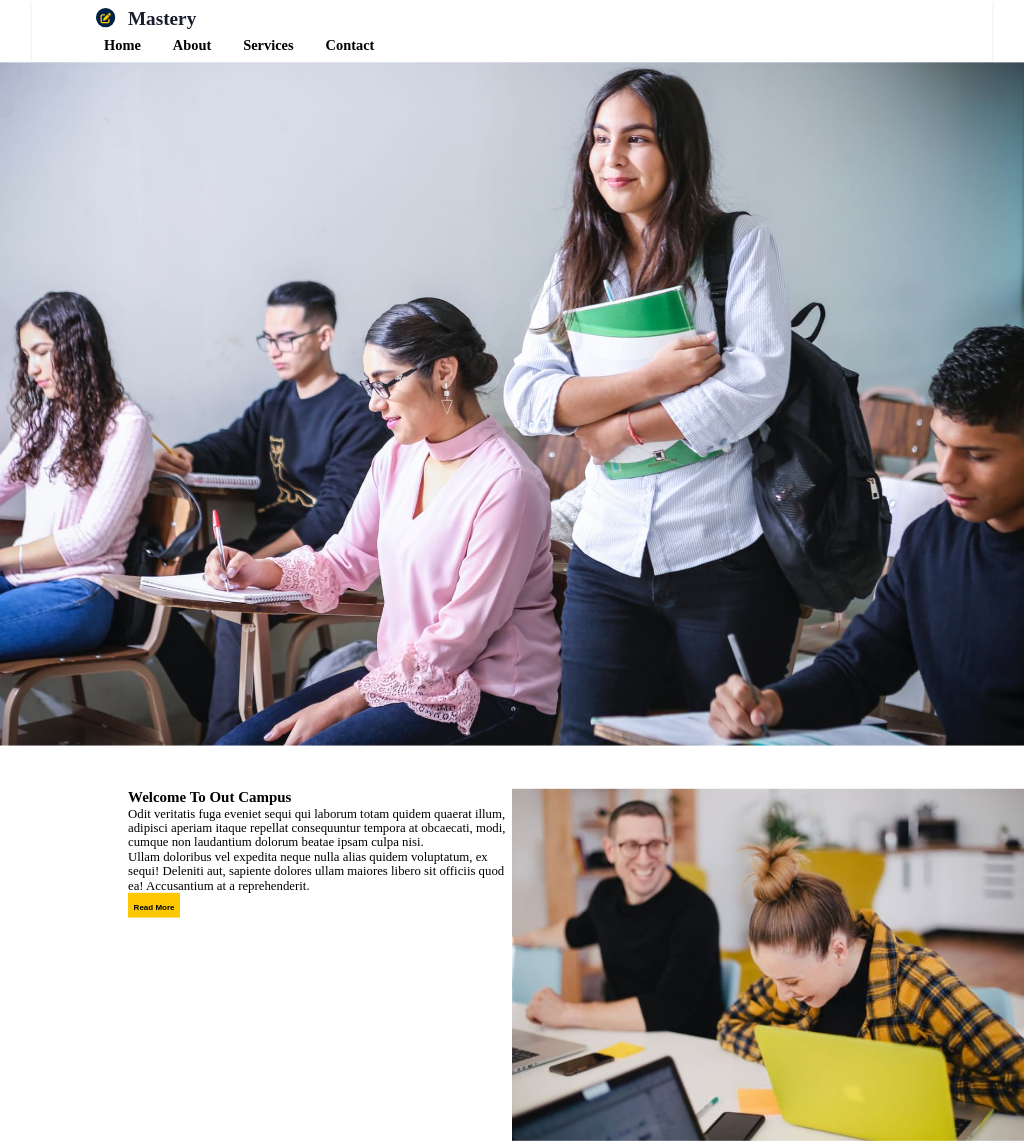
Repository: trminhphuc1504/Mastery
Page: index.html
An editor plug-in stored every save of this project. The page is shown before and after the next save, followed by the edit.
The browser window is 1280 px wide. The pictures show the whole page, at 80% of full size.
Some web libraries are served in a nearby version.

Above is the page before, as saved 2024-08-22 16:32:58.

### index.html
<!DOCTYPE html>
<html lang="en">
  <head>
    <meta charset="UTF-8" />
    <meta http-equiv="X-UA-Compatible" content="IE=edge" />
    <meta name="viewport" content="width=device-width, initial-scale=1.0" />

    <!-- Font Awesome -->
    <link
      rel="stylesheet"
      href="https://cdnjs.cloudflare.com/ajax/libs/font-awesome/6.6.0/css/all.min.css"
    />

    <link rel="stylesheet" href="./css/style.css" />
    <title>Mastery</title>
  </head>
  <body>
    <!-- Header -->
    <section id="header">
      <div class="container">
        <header>
          <div class="header-logo">
            <a href="#" class="logo">
              <i class="fa-solid fa-pen-to-square"> </i>
              <span class="header-title">Mastery</span>
            </a>
          </div>

          <nav class="header-nav">
            <ul>
              <li>
                <a href="#">Home</a>
              </li>
              <li>
                <a href="#">About</a>
              </li>
              <li>
                <a href="#">Services</a>
              </li>
              <li>
                <a href="#">Contact</a>
              </li>
            </ul>
          </nav>
        </header>
      </div>
    </section>

    <!-- poster -->
    <section id="poster">
      <div class="poster-img">
        <img src="./images/2.jpg" alt="poster" />
      </div>
    </section>

    <!-- banner -->

    <section id="banner">
      <div class="banner-content">
        <div class="banner-container">
          <div class="banner-item">
            <div id="left">
              <h3 class="banner-title">Welcome To Out Campus</h3>
              <p class="banner-desc">
                Odit veritatis fuga eveniet sequi qui laborum totam quidem
                quaerat illum, adipisci aperiam itaque repellat consequuntur
                tempora at obcaecati, modi, cumque non laudantium dolorum beatae
                ipsam culpa nisi.<br />
                Ullam doloribus vel expedita neque nulla alias quidem
                voluptatum, ex sequi! Deleniti aut, sapiente dolores ullam
                maiores libero sit officiis quod ea! Accusantium at a
                reprehenderit.
              </p>
              <div class="banner-button">
                <button class="banner-btn"><b> Read More </b></button>
              </div>
            </div>
          </div>
        </div>
        <!-- <div class="banner-button">
          <button class="banner-btn"><b> Read More </b></button>
        </div> -->
        <div id="right">
          <img src="./images/g1.jpg" alt="banner" />
        </div>
      </div>
    </section>
  </body>
</html>

### css/style.css
* {
    margin: 0;
    padding: 0;
    box-sizing: border-box;
}

a{
    text-decoration: none;
}

.container{
    max-width: 1200px;
    margin: auto;
}



/* header .header-logo{
    background-color:pink;
    padding: 20px ;
} */

/* Header */

header{
    background-color:white;
    padding: 10px 0;
    box-shadow: 0 2px 4px rgba(0, 0, 0, 0.1);
}

.header-logo{
    display: flex;
    align-items:center;
    margin-left: 80px;
    margin-bottom: 10px;
}

.logo{
    font-size:24px;
    text-decoration: none;
    text-align: center;

}

.logo i{
    width: 24px;
    height: 24px;
    margin-right: 10px;
    line-height: 24px;
    border-radius:50%;
    background-color:#002146;
    font-size: 13px;
    vertical-align: top;
    color:#FDC800;
    display: inline-block;
}


.header-nav ul{
    list-style: none;
    display: flex;
    gap: 40px;
    display: flex;
    align-items: center;
    margin-left:90px;
}


.logo .header-title{
    color:#1B1D2D;
    font-weight: 700;
}


.header-nav ul li a{
    font-size:18px;
    color:#000;
    font-weight: 600;
}

/* Poster */
.poster-img img{
    width:100%;
}

/* Banner */
.banner-content .banner-container{
    margin:auto;
    width:75%;
}

 .banner-content .banner-container .banner-item #left{
    float:left;
    width: 50%;
}

 .banner-content .banner-container{
    padding-top: 50px;
}

.banner-content .banner-container  #right{
    float:right;
    width: 50%;
}

 .banner-content .banner-container  #right img{
    width: 100%;
}


.banner-button .banner-btn{
    background-color:#FDC800;
    padding: 5px 5px;
    font-weight: 400;
    font-size: 15px;
    outline: none;
    border:2px solid transparent;
}

.banner-button .banner-btn b{
    font-size: 10px;
}

After the next save:
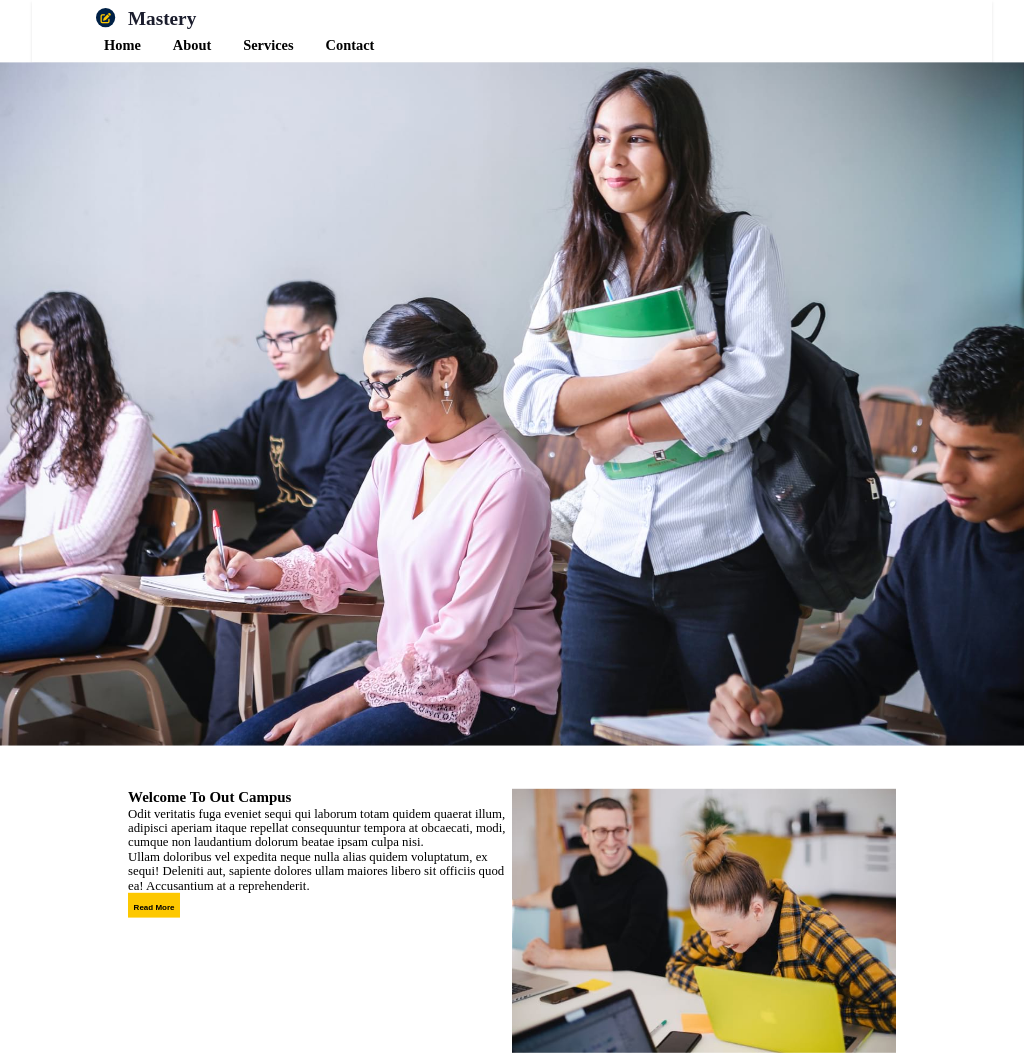
Saved 56 s later.
--- a/index.html
+++ b/index.html
@@ -75,14 +75,17 @@
                 <button class="banner-btn"><b> Read More </b></button>
               </div>
             </div>
+            <div id="right">
+              <img src="./images/g1.jpg" alt="banner" />
+            </div>
           </div>
         </div>
         <!-- <div class="banner-button">
           <button class="banner-btn"><b> Read More </b></button>
         </div> -->
-        <div id="right">
+        <!-- <div id="right">
           <img src="./images/g1.jpg" alt="banner" />
-        </div>
+        </div> -->
       </div>
     </section>
   </body>
